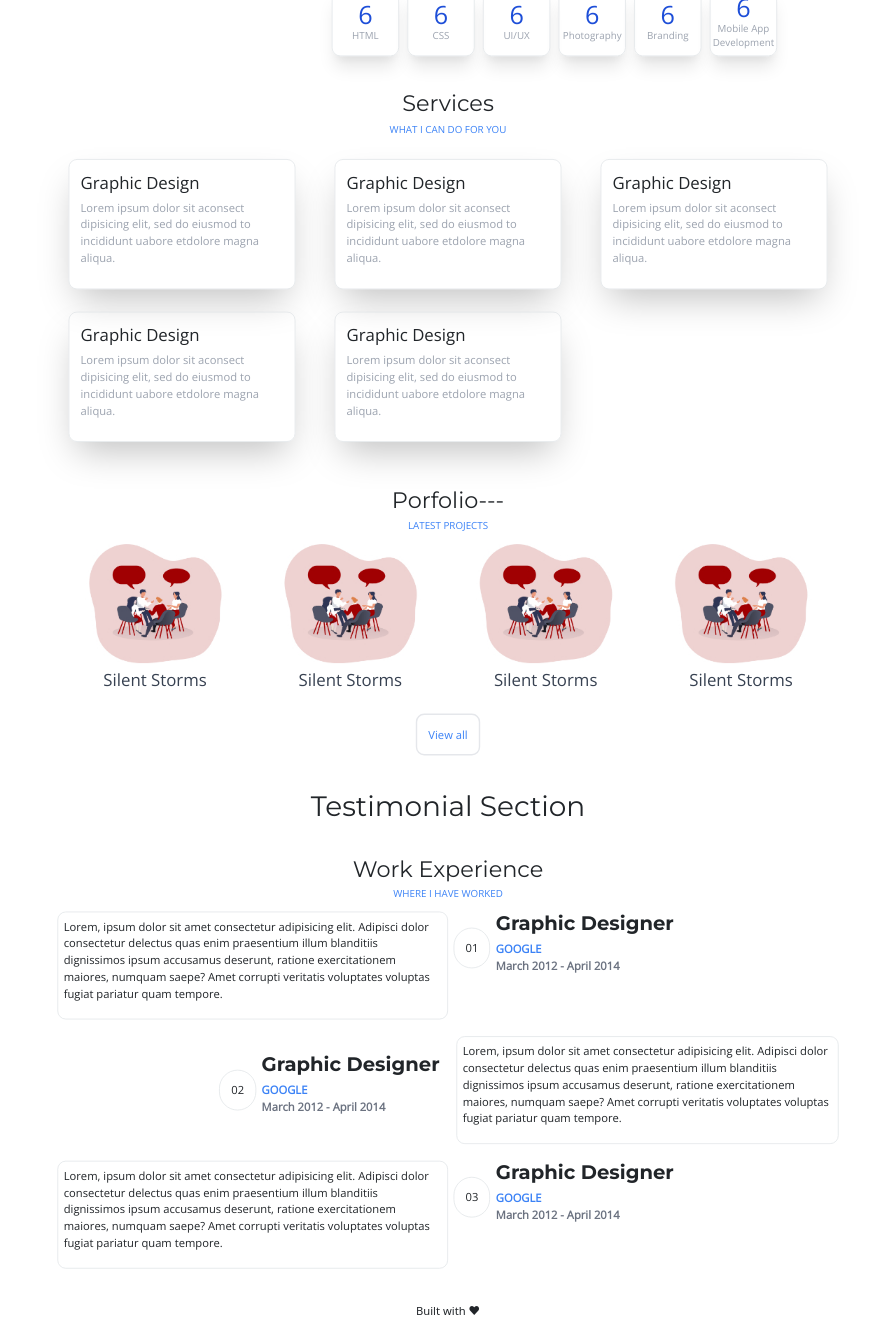
Repository: latenightsnacc/giggles
Page: HTML/freelancer.html
These files come from the project's save history. The page is drawn as it stood at one moment and after the next save; the edit follows.
The browser window is 1280 px wide. The pictures show the part of the page from y = 1016 to 2936 px (the page is 2900 px tall before and 2936 px after), at 70% of full size.
Some web libraries are served in a nearby version.

Above is the page before, as saved 2021-01-03 18:56:43.

### HTML/freelancer.html
<!DOCTYPE html>
<html lang="en">
<head>
    <meta charset="UTF-8">
    <meta name="viewport" content="width=device-width, initial-scale=1.0">
    <link href="https://cdnjs.cloudflare.com/ajax/libs/tailwindcss/2.0.2/tailwind.min.css" rel="stylesheet">
    <link rel="stylesheet" href="https://stackpath.bootstrapcdn.com/font-awesome/4.7.0/css/font-awesome.min.css" />
    <link href="https://cdn.jsdelivr.net/npm/bootstrap@5.0.0-beta1/dist/css/bootstrap.min.css" rel="stylesheet" integrity="sha384-giJF6kkoqNQ00vy+HMDP7azOuL0xtbfIcaT9wjKHr8RbDVddVHyTfAAsrekwKmP1" crossorigin="anonymous">
    <link rel="stylesheet" href="stylesheet.css">
    <title>Freelancer Page</title>
</head>
<body class="overflow-x-hidden">
    <header class="container">
        <nav class="navbar navbar-expand-lg navbar-light bg-white">
            <div class="container-fluid">
              <a class="navbar-brand" href="#">Navbar</a>
              <button class="navbar-toggler" type="button" data-bs-toggle="collapse" data-bs-target="#navbarNavDropdown" aria-controls="navbarNavDropdown" aria-expanded="false" aria-label="Toggle navigation">
                <span class="navbar-toggler-icon"></span>
              </button>
              <div class="collapse navbar-collapse" id="navbarNavDropdown">
                <ul class="navbar-nav ml-auto">
                  <li class="nav-item">
                    <a class="nav-link active" aria-current="page" href="#">About</a>
                  </li>
                  <li class="nav-item">
                    <a class="nav-link" href="#">Services</a>
                  </li>
                  <li class="nav-item">
                    <a class="nav-link" href="#">My Work</a>
                  </li>
                  <li class="nav-item">
                    <a class="nav-link" href="#">Contact</a>
                  </li>
                  <!-- <li class="nav-item dropdown">
                    <a class="nav-link dropdown-toggle" href="#" id="navbarDropdownMenuLink" role="button" data-bs-toggle="dropdown" aria-expanded="false">
                      Dropdown link
                    </a>
                    <ul class="dropdown-menu" aria-labelledby="navbarDropdownMenuLink">
                      <li><a class="dropdown-item" href="#">Action</a></li>
                      <li><a class="dropdown-item" href="#">Another action</a></li>
                      <li><a class="dropdown-item" href="#">Something else here</a></li>
                    </ul>
                  </li> -->
                </ul>
              </div>
            </div>
        </nav>
    </header>
    <main>
        <!--User Banner-->
        <div class="container mt-5">
            <div class="row flex items-center h-auto">
                <div class="col-sm-12 col-md-4 col-lg-4 col-xl-4">
                    <img src="assets/userDp.jpg" alt="Profile Picture">
                </div>
                <div class="col-sm-12 col-md-8 col-lg-8 col-xl-8">
                    <div class="user-info">
                        <span class="semi-bold text-blue-500 py-10">Hello I'm</span>
                        <h1>Timothy Michael</h1>
                        <h2>Professional Wedding Photographer</h2>
                        <p>Lorem ipsum dolor, sit amet consectetur adipisicing elit. Deserunt, et! Itaque consequuntur ratione quisquam quis, similique cum magni rem ipsam.</p>
                        <div class="mt-2">
                            <a href="#" class="text-xl text-gray-500 no-underline hover:text-blue-700">
                                <i class="fa fa-facebook-f"></i>
                            </a>
                            <a href="#" class="text-xl ml-5 text-gray-500 no-underline hover:text-blue-700">
                                <i class="fa fa-instagram"></i>
                            </a>
                            <a href="#" class="text-xl ml-5 text-gray-500 no-underline hover:text-blue-700">
                                <i class="fa fa-twitter"></i>
                            </a>
                            <a href="#" class="text-xl ml-5 text-gray-500 no-underline hover:text-blue-700">
                                <i class="fa fa-linkedin"></i>
                            </a>
                        </div>
                        <div class="flex flex-row ">
                            <button class="bg-blue-500 hover:bg-blue-700 text-white p-3 semi-bold rounded-xl shadow-2xl my-3">Hire me</button>
                            <button class="bg-blue-500 hover:bg-blue-700 text-white p-3 semi-bold rounded-xl shadow-2xl my-3 mx-3">Collaborate</button>
                        </div>

                    </div>
                </div>
            </div>
        </div>
        <!--User Statisitics-->
        <div class="stats w-full bg-gray-50 flex items-center h-auto py-3 mt-5">
            <div class="container">
                <div class="row">
                    <div class="stat-box col text-center">
                        <div class="bold text-4xl text-black">0</div>
                        <p class="text-sm text-gray-400">Projects completed</p>

                    </div>
                    <div class="stat-box col text-center">
                        <div class="bold text-4xl text-black">0</div>
                        <p class="text-sm text-gray-400">Years of Experience</p>
                    </div>
                    <div class="stat-box col text-center">
                        <div class="bold text-4xl text-black">0</div>
                        <p class="text-sm text-gray-400">Happy Clients</p>
                    </div>
                    <div class="stat-box col text-center">
                        <div class="bold text-4xl text-black">0</div>
                        <p class="text-sm text-gray-400">Collaborations</p>
                    </div>
                </div>
            </div>
        </div>
        <!--About User-->
        <div class="container my-5">
            <div class="row h-auto flex flex-row items-center">
                <div class="col-sm-12 col-md-6 col-lg-4 col-xl-4 pt-5">
                    <h3 class="text-4xl">About Timothy</h3>
                    <p class="text-sm text-blue-700 uppercase semi-bold">Why should you hire me?</p>
                </div>
                <div class="col-sm-12 col-md-6 col-lg-8 col-xl-8 pt-3">
                    <p>Lorem ipsum dolor sit amet consectetur, adipisicing elit. Deleniti amet fugit consectetur perferendis fuga ad numquam mollitia facere obcaecati quam inventore ullam officiis esse rerum soluta laboriosam temporibus, illum aspernatur possimus corrupti quos deserunt, praesentium dolorum officia. Ea aliquam error ut voluptatum omnis velit, at ipsa dolorum harum? Temporibus, natus.</p>
                    <span class="bold text-blue-500">Skills on a Scale of 1 - 10</span>
                    <div class="d-flex flex-wrap">
                        <div class="skill-box shadow-xl max-w-sm w-24 p-2 ml-3 mt-3 border border-gray-100 rounded-xl flex flex-col items-center justify-center text-center">

                            <span class="text-blue-700 bold text-4xl">6</span>
                            <div class="text-sm text-gray-400">HTML</div>
                        </div>
                        <div class="skill-box shadow-xl max-w-sm w-24 p-2 ml-3 mt-3 border border-gray-100 rounded-xl flex flex-col items-center justify-center text-center">

                            <span class="text-blue-700 bold text-4xl">6</span>
                            <div class="text-sm text-gray-400">CSS</div>
                        </div>
                        <div class="skill-box shadow-xl max-w-sm w-24 p-2 ml-3 mt-3 border border-gray-100 rounded-xl flex flex-col items-center justify-center text-center">

                            <span class="text-blue-700 bold text-4xl">6</span>
                            <div class="text-sm text-gray-400">UI/UX</div>
                        </div>
                        <div class="skill-box shadow-xl max-w-sm w-24 p-2 ml-3 mt-3 border border-gray-100 rounded-xl flex flex-col items-center justify-center text-center">

                            <span class="text-blue-700 bold text-4xl">6</span>
                            <div class="text-sm text-gray-400">Photography</div>
                        </div>
                        <div class="skill-box shadow-xl max-w-sm w-24 p-2 ml-3 mt-3 border border-gray-100 rounded-xl flex flex-col items-center justify-center text-center">

                            <span class="text-blue-700 bold text-4xl">6</span>
                            <div class="text-sm text-gray-400">Branding</div>
                        </div>
                        <div class="skill-box shadow-xl max-w-sm w-24 p-2 ml-3 mt-3 border border-gray-100 rounded-xl flex flex-col items-center justify-center text-center">

                            <span class="text-blue-700 bold text-4xl">6</span>
                            <div class="text-sm text-gray-400">Mobile App Development</div>
                        </div>
                    </div>
                </div>
            </div>
        </div>
        <!--Services User Provides-->
        <div class="container my-5">
            <h2 class="text-center">Services</h2>
            <p class="text-blue-500 text-sm uppercase text-center uppercase">What I can do for you</p>
            <div class="row">
                <div class="col-xs-12 col-sm-12 col-md-3 col-lg-3 col-xl-4">
                    <div class="max-w-sm shadow-2xl border border-blue-300 rounded-xl p-3 m-3 hover:bg-blue-500 hover:text-white">
                        <div class="service-title text-2xl bold  pb-2">Graphic Design</div>
                        <p class="text-md text-gray-400 hover:text-gray-50">Lorem ipsum dolor sit aconsect dipisicing elit, sed do eiusmod to incididunt uabore etdolore magna aliqua.</p>
                    </div>
                </div>
                <div class="col-xs-12 col-sm-12 col-md-3 col-lg-3 col-xl-4">
                    <div class="max-w-sm shadow-2xl border border-blue-300 rounded-xl p-3 m-3 hover:bg-blue-500 hover:text-white">
                        <div class="service-title text-2xl bold  pb-2">Graphic Design</div>
                        <p class="text-md text-gray-400 hover:text-gray-50">Lorem ipsum dolor sit aconsect dipisicing elit, sed do eiusmod to incididunt uabore etdolore magna aliqua.</p>
                    </div>
                </div>
                <div class="col-xs-12 col-sm-12 col-md-3 col-lg-3 col-xl-4">
                    <div class="max-w-sm shadow-2xl border border-blue-300 rounded-xl p-3 m-3 hover:bg-blue-500 hover:text-white">
                        <div class="service-title text-2xl bold  pb-2">Graphic Design</div>
                        <p class="text-md text-gray-400 hover:text-gray-50">Lorem ipsum dolor sit aconsect dipisicing elit, sed do eiusmod to incididunt uabore etdolore magna aliqua.</p>
                    </div>
                </div>
                <div class="col-xs-12 col-sm-12 col-md-3 col-lg-3 col-xl-4">
                    <div class="max-w-sm shadow-2xl border border-blue-300 rounded-xl p-3 m-3 hover:bg-blue-500 hover:text-white">
                        <div class="service-title text-2xl bold  pb-2">Graphic Design</div>
                        <p class="text-md text-gray-400 hover:text-gray-50">Lorem ipsum dolor sit aconsect dipisicing elit, sed do eiusmod to incididunt uabore etdolore magna aliqua.</p>
                    </div>
                </div>
                <div class="col-xs-12 col-sm-12 col-md-3 col-lg-3 col-xl-4">
                    <div class="max-w-sm shadow-2xl border border-blue-300 rounded-xl p-3 m-3 hover:bg-blue-500 hover:text-white">
                        <div class="service-title text-2xl bold  pb-2">Graphic Design</div>
                        <p class="text-md text-gray-400 hover:text-gray-50">Lorem ipsum dolor sit aconsect dipisicing elit, sed do eiusmod to incididunt uabore etdolore magna aliqua.</p>
                    </div>
                </div>
            </div>

        </div>
        <!--Gallery / User Porfolio-->
        <div class="container my-5">
            <h2 class="text-center">Porfolio---</h2>
            <p class="text-blue-500 text-sm uppercase  uppercase text-center">Latest Projects</p>

            <div class="row mx-auto">
                <div class="col-xs-12 col-sm-12 col-md-6 col-lg-3 col-xl-3">
                    <a href="#" class="no-underline text-center flex flex-col items-center">
                        <img src="assets/brainstorming_session__monochromatic.jpg" alt="latest project" />
                        <div class="title-project text-gray-700 bold text-2xl  hover:underline hover:text-blue-500 py-2">Silent Storms</div>
                    </a>
                </div>
                <div class="col-xs-12 col-sm-12 col-md-6 col-lg-3 col-xl-3">
                    <a href="#" class="no-underline text-center flex flex-col items-center">
                        <img src="assets/brainstorming_session__monochromatic.jpg" alt="latest project" />
                        <div class="title-project text-gray-700 bold text-2xl  hover:underline hover:text-blue-500 py-2">Silent Storms</div>
                    </a>
                </div>
                <div class="col-xs-12 col-sm-12 col-md-6 col-lg-3 col-xl-3">
                    <a href="#" class="no-underline text-center flex flex-col items-center">
                        <img src="assets/brainstorming_session__monochromatic.jpg" alt="latest project" />
                        <div class="title-project text-gray-700 bold text-2xl  hover:underline hover:text-blue-500 py-2">Silent Storms</div>
                    </a>
                </div>
                <div class="col-xs-12 col-sm-12 col-md-6 col-lg-3 col-xl-3">
                    <a href="#" class="no-underline text-center flex flex-col items-center">
                        <img src="assets/brainstorming_session__monochromatic.jpg" alt="latest project" />
                        <div class="title-project text-gray-700 bold text-2xl  hover:underline hover:text-blue-500 py-2">Silent Storms</div>
                    </a>
                </div>

            </div>
            <div class="flex justify-center my-4">
                <button class="text-center bg-white border-2 text-blue-500  p-3 semi-bold rounded-xl hover:border-blue-500">View all</button>
            </div>

        </div>
        <!--Testimonial Section-->
        <div class="container my-5">
            <h1 class="text-center">Testimonial Section</h1>
        </div>
        <!--Work Experience-->
        <div class="container my-5 work-experience">
            <h2 class="text-center my-1">Work Experience</h2>
            <p class="text-blue-500 text-sm uppercase text-center uppercase mb-3">Where I have worked</p>
            <!--Row 1-->
            <div class="flex flex-col md:flex-row md:flex-row-reverse">
                <div class="col-xs-12 col-sm-12 col-md-6 col-lg-6 col-xl-6">
                    <div class="flex flex-row items-center float-left md:ml-2">
                        <span class="no border border-blue-500 rounded-full p-3">01</span>
                        <div class="details ml-2">
                            <h3 class="job-title font-bold">Graphic Designer</h3>
                            <span class="company uppercase font-semibold text-blue-500 my-2">Google</span>
                            <p class="experience text-gray-500 font-semibold text-md">March 2012 - April 2014</p>
                        </div>
                    </div>
                </div>
                <div class="col-xs-12 col-sm-12 col-md-6 col-lg-6 col-xl-6">
                    <div class="text p-2 border border-blue-500 rounded-xl text ">
                        <p>Lorem, ipsum dolor sit amet consectetur adipisicing elit. Adipisci dolor consectetur delectus quas enim praesentium illum blanditiis dignissimos ipsum accusamus deserunt, ratione exercitationem maiores, numquam saepe? Amet corrupti veritatis voluptates voluptas fugiat pariatur quam tempore.</p>
                    </div>

                </div>

            </div>
            <!--Row 2-->
            <div class="row my-4 align-items-center">
                <div class="col-xs-12 col-sm-12 col-md-6 col-lg-6 col-xl-6">
                    <div class="flex flex-row items-center float-left md:float-right">
                        <span class="no border border-blue-500 rounded-full p-3">02</span>
                        <div class="details ml-2">
                            <h3 class="job-title font-bold">Graphic Designer</h3>
                            <span class="company uppercase font-semibold text-blue-500 my-2">Google</span>
                            <p class="experience text-gray-500 font-semibold text-md">March 2012 - April 2014</p>
                        </div>
                    </div>
                </div>
                <div class="col-xs-12 col-sm-12 col-md-6 col-lg-6 col-xl-6">

                    <div class="text p-2 border border-blue-500 rounded-xl text ">
                        <p>Lorem, ipsum dolor sit amet consectetur adipisicing elit. Adipisci dolor consectetur delectus quas enim praesentium illum blanditiis dignissimos ipsum accusamus deserunt, ratione exercitationem maiores, numquam saepe? Amet corrupti veritatis voluptates voluptas fugiat pariatur quam tempore.</p>
                    </div>
                </div>
            </div>
            <!--Row 3-->
            <div class="my-4 flex flex-col md:flex-row md:flex-row-reverse">
                <div class="col-xs-12 col-sm-12 col-md-6 col-lg-6 col-xl-6">
                    <div class="flex flex-row items-center float-left md:ml-2">
                        <span class="no border border-blue-500 rounded-full p-3">03</span>
                        <div class="details ml-2">
                            <h3 class="job-title font-bold">Graphic Designer</h3>
                            <span class="company uppercase font-semibold text-blue-500 my-2">Google</span>
                            <p class="experience text-gray-500 font-semibold text-md">March 2012 - April 2014</p>
                        </div>
                    </div>
                </div>
                <div class="col-xs-12 col-sm-12 col-md-6 col-lg-6 col-xl-6">
                    <div class="text p-2 border border-blue-500 rounded-xl text ">
                        <p>Lorem, ipsum dolor sit amet consectetur adipisicing elit. Adipisci dolor consectetur delectus quas enim praesentium illum blanditiis dignissimos ipsum accusamus deserunt, ratione exercitationem maiores, numquam saepe? Amet corrupti veritatis voluptates voluptas fugiat pariatur quam tempore.</p>
                    </div>

                </div>

            </div>
        </div>
    </main>
    <footer class="text-center">Built with &hearts; </footer>
    <script src="https://cdn.jsdelivr.net/npm/bootstrap@5.0.0-beta1/dist/js/bootstrap.bundle.min.js" integrity="sha384-ygbV9kiqUc6oa4msXn9868pTtWMgiQaeYH7/t7LECLbyPA2x65Kgf80OJFdroafW" crossorigin="anonymous"></script>

</body>
</html>

### HTML/stylesheet.css
@import url('https://fonts.googleapis.com/css2?family=Montserrat:wght@400;700&family=Open+Sans:wght@300;400&display=swap');

h1, h2, h3, h4, h5, h6 {
    font-family: 'Montserrat', sans-serif;
}
.user-info h1 {
    line-height: 60px;
    font-size: 50px;
    font-weight: 700;
    margin-top: 20px;
}
.user-info h2 {
    line-height: 27px;
    font-size: 18px;
    font-weight: 400;
    margin-top: 15px;
}
.user-info span {
    line-height: 36px;
    font-size: 30px;
    font-weight: 600;
}
.user-info p {
    margin: 5px 0;
}
.user-info button {
    margin-top: 10px;
}
p, div, a, button {
    font-family: 'Open Sans', sans-serif;
    font-weight: 300;
}

.work-experience .row:hover .text {
    border:2px solid  #3b82f6;

}
.work-experience .row:hover .flex .no {
    border:1px solid #3b82f6;

}

After the next save:
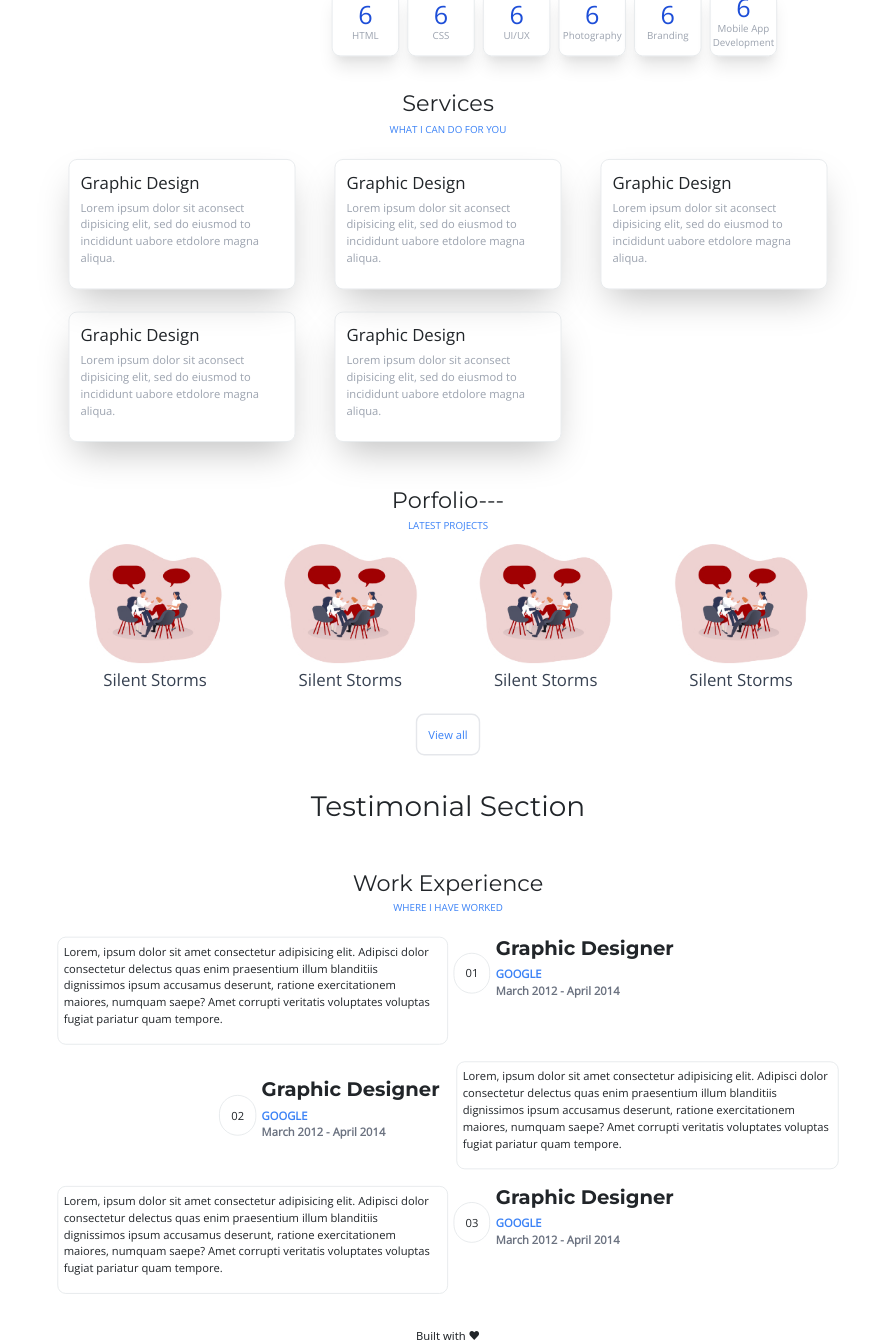
Saved 40 s later.
--- a/HTML/freelancer.html
+++ b/HTML/freelancer.html
@@ -232,8 +232,11 @@
         </div>
         <!--Work Experience-->
         <div class="container my-5 work-experience">
-            <h2 class="text-center my-1">Work Experience</h2>
-            <p class="text-blue-500 text-sm uppercase text-center uppercase mb-3">Where I have worked</p>
+            <div class="section-title py-3">
+                <h2 class="text-center my-1">Work Experience</h2>
+                <p class="text-blue-500 text-sm uppercase text-center uppercase mb-3">Where I have worked</p>
+            </div>
+
             <!--Row 1-->
             <div class="flex flex-col md:flex-row md:flex-row-reverse">
                 <div class="col-xs-12 col-sm-12 col-md-6 col-lg-6 col-xl-6">
